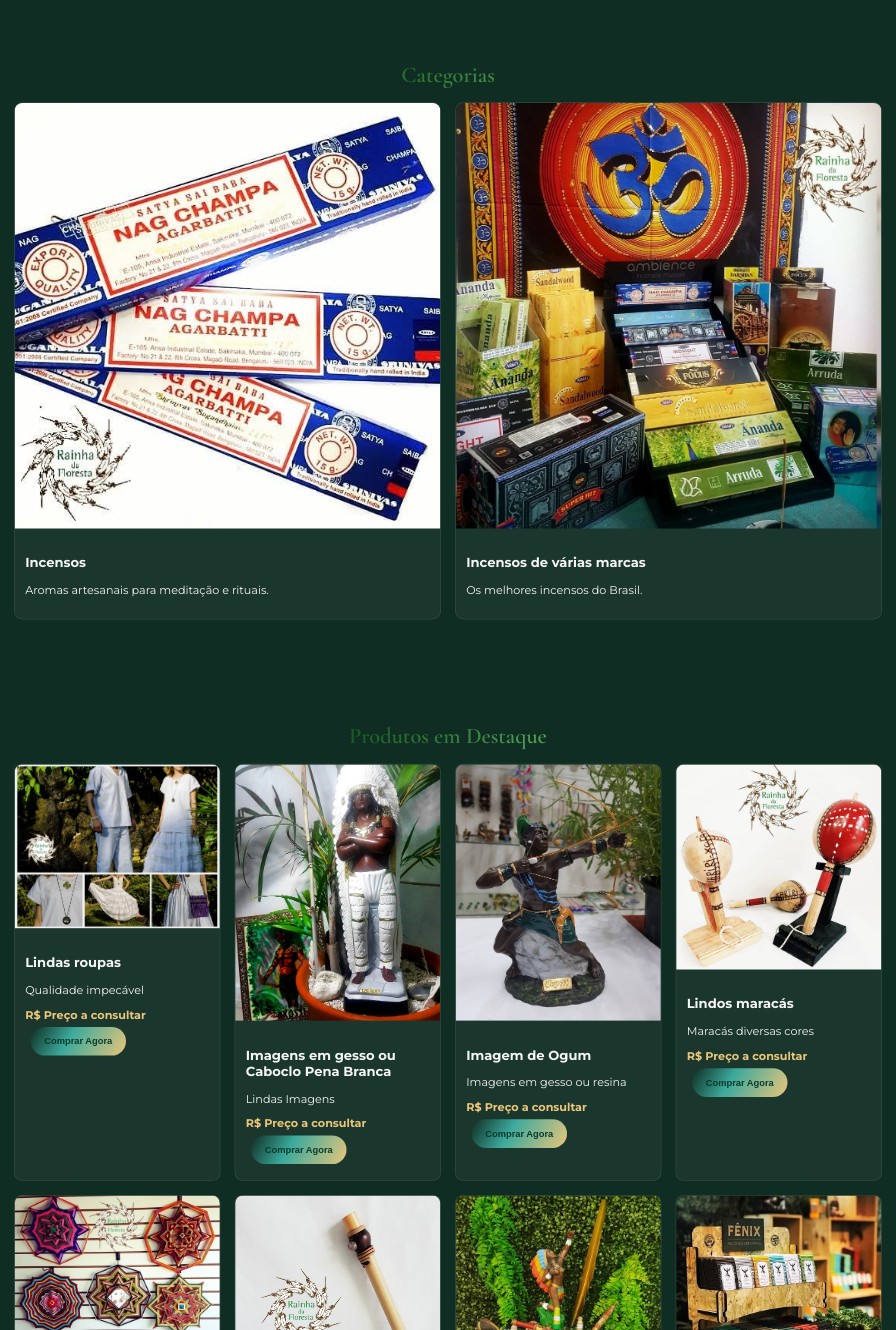
Repository: Sandro1969-tech/rainha-floresta-aho
Page: index.html
These files come from the project's save history. The page is drawn as it stood at one moment and after the next save; the edit follows.
The browser window is 1280 px wide. The pictures show the part of the page from y = 1080 to 2980 px (the page is 5252 px tall before and 5171 px after), at 70% of full size.

Above is the page before, as saved 2025-11-30 22:11:43.

### index.html
<!doctype html>
<html lang="pt-BR">
<head>
  <meta charset="utf-8" />
  <meta name="viewport" content="width=device-width, initial-scale=1" />
  <title>Rainha da Floresta — Loja mística e esotérica</title>
  <link rel="icon" href="assets/image/icon.png" />

  <!-- Tipografia -->
  <link href="https://fonts.googleapis.com/css2?family=Cormorant+Garamond:wght@600&family=Montserrat:wght@400;600;700&display=swap" rel="stylesheet">

  <style>
    img.topo-logo {
      display: block;
      width: 100%;
      max-width: 420px;   /* nunca ultrapassa a largura da tela */
      height: auto;      /* mantém proporção da imagem */
      margin: 12px auto 0;    /* centraliza */
    }



    :root {
      --verde-profundo: #0f2d22;
      --verde-floresta: #1B5E20;
      --verde-aurora: #66BB6A;
      --dourado-suave: #EAC67A;
      --azul-folha: #3BA99C;
      --branco-neblina: #F5F5F5;

      --grad-floresta: linear-gradient(135deg, #0f2d22 0%, #1B5E20 40%, #66BB6A 70%, #EAC67A 100%);
      --grad-dourado-verde: linear-gradient(120deg, #0f2d22 0%, #3BA99C 40%, #EAC67A 100%);
    }

    /* Base */
    * { box-sizing: border-box; }
    body {
      margin: 0;
      font-family: 'Montserrat', sans-serif;
      background: var(--verde-profundo);
      color: var(--branco-neblina);
    }
    a { color: inherit; text-decoration: none; }

    /* Header */
    header {
      position: fixed; top: 0; left: 0; right: 0; z-index: 50;
      background: rgba(15, 45, 34, .9);
      padding: .8rem 1rem;
      display: flex; justify-content: space-between; align-items: center;
      backdrop-filter: blur(4px);
    }
    .brand {
      font-family: 'Cormorant Garamond', serif;
      font-size: 1.5rem;
      background: var(--grad-floresta);
      -webkit-background-clip: text;
      color: transparent;
    }
    nav a {
      margin: 0 .6rem;
      font-weight: 600;
      color: var(--branco-neblina);
      transition: .3s;
    }
    nav a:hover { color: var(--dourado-suave); }

    /* Hero com imagem de fundo */
    .hero {
      min-height: 90vh;
      display: flex; flex-direction: column; justify-content: center; align-items: center;
      text-align: center;
      padding-top: 80px; /* compensar header fixo */
      background-image: url("assets/image/floresta-bg.jpg");
      background-size: cover;
      background-position: center;
    }
    .hero h1 {
      font-family: 'Cormorant Garamond', serif;
      font-size: 3rem;
      background: var(--grad-floresta);
      -webkit-background-clip: text;
      color: transparent;
      margin: 0;
    }
    .hero p {
      max-width: 600px; margin: 1rem auto; color: rgba(245, 245, 245, .85);
    }
    .btn {
      padding: .8rem 1.2rem;
      border-radius: 999px;
      font-weight: 700;
      background: var(--grad-dourado-verde);
      border: none;
      cursor: pointer;
      transition: .3s;
      margin: .5rem;
      color: #083b2d;
    }
    .btn:hover { transform: scale(1.05); }

    /* Seções e títulos */
    section { padding: 60px 20px; }
    h2 {
      font-family: 'Cormorant Garamond', serif;
      font-size: 2rem;
      background: var(--grad-floresta);
      -webkit-background-clip: text;
      color: transparent;
      text-align: center;
      margin-bottom: 20px;
    }

    /* Grid e cards */
    .grid {
      display: grid;
      grid-template-columns: repeat(auto-fit, minmax(250px, 1fr));
      gap: 20px;
    }
    .card {
      background: rgba(255, 255, 255, .05);
      border: 1px solid rgba(255, 255, 255, .1);
      border-radius: 12px;
      overflow: hidden;
      transition: .3s;
      cursor: pointer;
    }
    .card:hover { transform: translateY(-5px); box-shadow: 0 10px 25px rgba(46, 139, 87, .3); }
    .card img { width: 100%; height: auto; object-fit: contain; transition: .4s; }
    .card-body { padding: 15px; }
    .price { color: var(--dourado-suave); font-weight: 700; }

    /* Rodapé */
    footer {
      background: var(--verde-floresta);
      color: var(--branco-neblina);
      text-align: center;
      padding: 24px 16px;
    }
    .footer-wrap {
      max-width: 1000px; margin: 0 auto;
      display: grid; gap: 16px;
    }
    .footer-social a {
      color: var(--dourado-suave);
      margin: 0 10px;
      text-decoration: none;
      font-weight: 600;
    }
    .footer-social a:hover { text-decoration: underline; }

    /* Responsividade refinada */
    @media (max-width: 480px) {
      .hero h1 { font-size: 2.2rem; }
      .card img { height: 180px; }
    }
  </style>
</head>
<body>

  <!-- Imagem “Rainha da Floresta” no tamanho natural (sem classe, sem CSS de tamanho) -->
  <!-- Imagem topo -->
<img src="assets/image/rainha.jpg" alt="Rainha da Floresta" class="topo-logo">
<div class="landing">
  <div class="bg-decor"></div>

</div>
  <header>
    <div class="brand">Rainha da Floresta</div>
    <nav>
      <a href="#categorias">Categorias</a>

      <a href="#produtos">Produtos</a>

    </nav>
  </header>

  <section class="hero">
    <h1>Rainha da Floresta</h1>
    <p>Artigos religiosos e esotéricos que unem espiritualidade, natureza e elegância contemporânea.</p>
    <button class="btn">Conheça nossos produtos</button>
  </section>
<div class="video-container"></div>
  <section id="categorias">
    <h2>Categorias</h2>
    <div class="grid">
      <div class="card">
        <img src="assets/image/incenso.jpg" alt="Incensos">
        <div class="card-body">
          <h3>Incensos</h3>
          <p>Aromas artesanais para meditação e rituais.</p>
        </div>
      </div>
      <div class="card">
        <img src="assets/image/incenso2.jpg" alt="Incensos de várias marcas">
        <div class="card-body">
          <h3>Incensos de várias marcas</h3>
          <p>Os melhores incensos do Brasil.</p>
        </div>
      </div>
    </div>
  </section>

  <section id="produtos">
    <h2>Produtos em Destaque</h2>
    <div class="grid">
      <!-- Produtos 1 a 16 -->
      <div class="card"><img src="assets/image/roupas.jpg" alt="roupas"><div class="card-body"><h3>Lindas roupas</h3><p>Qualidade impecável</p><span class="price">R$ Preço a consultar</span><button class="btn">Comprar Agora</button></div></div>
      <div class="card"><img src="assets/image/penabranca.jpg" alt="Imagem"><div class="card-body"><h3>Imagens em gesso ou  Caboclo Pena Branca</h3><p>Lindas Imagens</p><span class="price">R$ Preço a consultar</span><button class="btn">Comprar Agora</button></div></div>
      <div class="card"><img src="assets/image/ogum.jpg" alt="Ogum"><div class="card-body"><h3>Imagem de Ogum</h3><p>Imagens em gesso ou resina</p><span class="price">R$ Preço a consultar</span><button class="btn">Comprar Agora</button></div></div>
      <div class="card"><img src="assets/image/maraca.jpg" alt="Maracá"><div class="card-body"><h3>Lindos maracás</h3><p>Maracás diversas cores</p><span class="price">R$ Preço a consultar</span><button class="btn">Comprar Agora</button></div></div>
      <div class="card"><img src="assets/image/mandala.jpg" alt="Produto 5"><div class="card-body"><h3>Lindas mandalas</h3><p>Mandalas coloridas</p><span class="price">R$ Preço a consultar</span><button class="btn">Comprar Agora</button></div></div>
      <div class="card"><img src="assets/image/kuripe.jpg" alt="kuripe"><div class="card-body"><h3>Lindos kuripes</h3><p>kuripes artesanais</p><span class="price">R$ Preço a consultar</span><button class="btn">Comprar Agora</button></div></div>
      <div class="card"><img src="assets/image/jurema.jpg" alt="Jurema"><div class="card-body"><h3>Cabocla Jurema e rapés</h3><p>Imagens e rapés</p><span class="price">R$ Preço a consultar</span><button class="btn">Comprar Agora</button></div></div>
      <div class="card"><img src="assets/image/incenso3.jpg" alt="Incensos"><div class="card-body"><h3>Incensos</h3><p>Incensos de diversas marcas</p><span class="price">R$ Preço a consultar</span><button class="btn">Comprar Agora</button></div></div>
      <div class="card"><img src="assets/image/incenso2.jpg" alt="Incensos"><div class="card-body"><h3>Variedades de incensos</h3><p>Maravilhosos incensos</p><span class="price">R$ Preço a consultar</span><button class="btn">Comprar Agora</button></div></div>
      <div class="card"><img src="assets/image/chapeu4.jpg" alt="chapéus"><div class="card-body"><h3>Chapéus</h3><p>Lindos chapéus</p><span class="price">R$ Preço a consultar</span><button class="btn">Comprar Agora</button></div></div>
      <div class="card"><img src="assets/image/colar.jpg" alt="colares"><div class="card-body"><h3>Colares</h3><p>Lindos colares e guias</p><span class="price">R$ Preço a consultar</span><button class="btn">Comprar Agora</button></div></div>
      <div class="card"><img src="assets/image/camiseta2.jpg" alt="Camisetas"><div class="card-body"><h3>Lindas camisetas</h3><p>Camisetas com lindas estampas</p><span class="price">R$ Preço a consultar</span><button class="btn">Comprar Agora</button></div></div>
      <div class="card"><img src="assets/image/camiseta1.jpg" alt="Camisetas"><div class="card-body"><h3>Variedades de camisetas e roupas</h3><p>Camisetas, calças e vestidos</p><span class="price">R$ Preço a consultar</span><button class="btn">Comprar Agora</button></div></div>
      <div class="card"><img src="assets/image/chapeu2.jpg" alt="Produto 14"><div class="card-body"><h3>Variedades de chapéus</h3><p>Lindos chapéus a preços irresistíveis</p><span class="price">R$ Preço a consultar</span><button class="btn">Comprar Agora</button></div></div>
      <div class="card"><img src="assets/image/fumo.jpg" alt="Fumo"><div class="card-body"><h3>Fumos de diversas marcas</h3><p>Grande variedade de fumos</p><span class="price">R$ Preço a consultar</span><button class="btn">Comprar Agora</button></div></div>
      <div class="card"><img src="assets/image/cachimbo.jpg" alt="Cachimbo"><div class="card-body"><h3>Cachimbos artesanais</h3><p>Lindos cachimbos, diversas cores e modelos</p><span class="price">R$ Preço a consultar</span><button class="btn">Comprar Agora</button></div></div>
    </div>
  </section>
<section id="depoimentos">
  <h2>Depoimentos</h2>
  <div class="grid">
    <div class="card">
      <div class="card-body">
        <p>"A Rainha da Floresta tem produtos incríveis, sempre compro meus incensos aqui!"</p>
        <strong>- Maria S.</strong>
      </div>
    </div>
    <div class="card">
      <div class="card-body">
        <p>"Adorei as camisetas, qualidade impecável e estampas lindas."</p>
        <strong>- João P.</strong>
      </div>
    </div>
    <div class="card">
      <div class="card-body">
        <p>"O atendimento é excelente e os produtos são de altíssima qualidade"</p>
        <strong>- Ana C.</strong>
      </div>
    </div>
  </div>
</section>
<footer>
  <div class="footer-wrap">
    <div class="footer-info">
      <p>📞 Telefone: (11) 4307-4269</p>
      <p>✉️ Email: rainhadafloresta.aho@gmail.com</p>
      <p>📍 Endereço: Rua são Francisco, 136 - Guarulhos, São Paulo</p>
    </div>

    <div class="footer-social">
      <!-- Facebook -->
      <a href="https://facebook.com//share/1D2KycMmKn/" target="_blank" aria-label="Facebook">
        <svg class="social-icon" xmlns="http://www.w3.org/2000/svg"
             viewBox="0 0 24 24" width="28" height="28">
          <path fill="currentColor" d="M22 12a10 10 0 1 0-11.5 9.9v-7h-2v-3h2v-2.3c0-2 1.2-3.1 3-3.1.9 0 1.8.1 1.8.1v2h-1c-1 0-1.3.6-1.3 1.2V12h2.3l-.4 3h-1.9v7A10 10 0 0 0 22 12z"/>
        </svg>
      </a>

      <!-- Instagram -->
      <a href="https://instagram.com/rainhadafloresta.aho?igsh=MWtwcDTkN3cxa3E0MA==" target="_blank" aria-label="Instagram">
        <svg class="social-icon" xmlns="http://www.w3.org/2000/svg"
             viewBox="0 0 24 24" width="28" height="28">
          <path fill="currentColor" d="M7 2C4.2 2 2 4.2 2 7v10c0 2.8 2.2 5 5 5h10c2.8 0 5-2.2 5-5V7c0-2.8-2.2-5-5-5H7zm10 2c1.7 0 3 1.3 3 3v10c0 1.7-1.3 3-3 3H7c-1.7 0-3-1.3-3-3V7c0-1.7 1.3-3 3-3h10zm-5 3a5 5 0 1 0 0 10 5 5 0 0 0 0-10zm0 2a3 3 0 1 1 0 6 3 3 0 0 1 0-6zm4.5-2a1.5 1.5 0 1 0 0 3 1.5 1.5 0 0 0 0-3z"/>
        </svg>
      </a>

      <!-- WhatsApp -->
      <a href="https://wa.me/5511912543214" target="_blank" aria-label="WhatsApp">
        <svg class="social-icon" xmlns="http://www.w3.org/2000/svg"
             viewBox="0 0 24 24" width="28" height="28">
          <path fill="currentColor" d="M12 2a10 10 0 0 0-8.6 15.1L2 22l5-1.3A10 10 0 1 0 12 2zm0 18c-1.6 0-3.1-.5-4.4-1.4l-.3-.2-3 .8.8-2.9-.2-.3A8 8 0 1 1 12 20zm4.5-5.6c-.2-.1-1.2-.6-1.4-.7-.2-.1-.3-.1-.5.1-.1.2-.6.7-.7.9-.1.2-.3.2-.5.1-.2-.1-.9-.3-1.7-1-.6-.5-1-1.2-1.1-1.4-.1-.2 0-.3.1-.4.1-.1.2-.3.3-.4.1-.1.1-.2.2-.3.1-.1.1-.2.1-.3 0-.1 0-.2-.1-.3-.1-.1-.5-1.2-.7-1.6-.2-.4-.4-.3-.5-.3h-.4c-.1 0-.3.1-.4.2-.1.1-.5.5-.5 1.2 0 .7.5 1.4.6 1.5.1.2 1.1 1.7 2.6 2.4 1.5.7 1.5.5 1.8.5.3 0 .9-.4 1-0.8.1-.4.1-.7.1-.8-.1-.1-.2-.1-.4-.2z"/>
        </svg>
      </a>
    </div>

    <p>© 2025 Rainha da Floresta — Todos os direitos reservados</p>
  </div>
</footer>

</body>
</html>

After the next save:
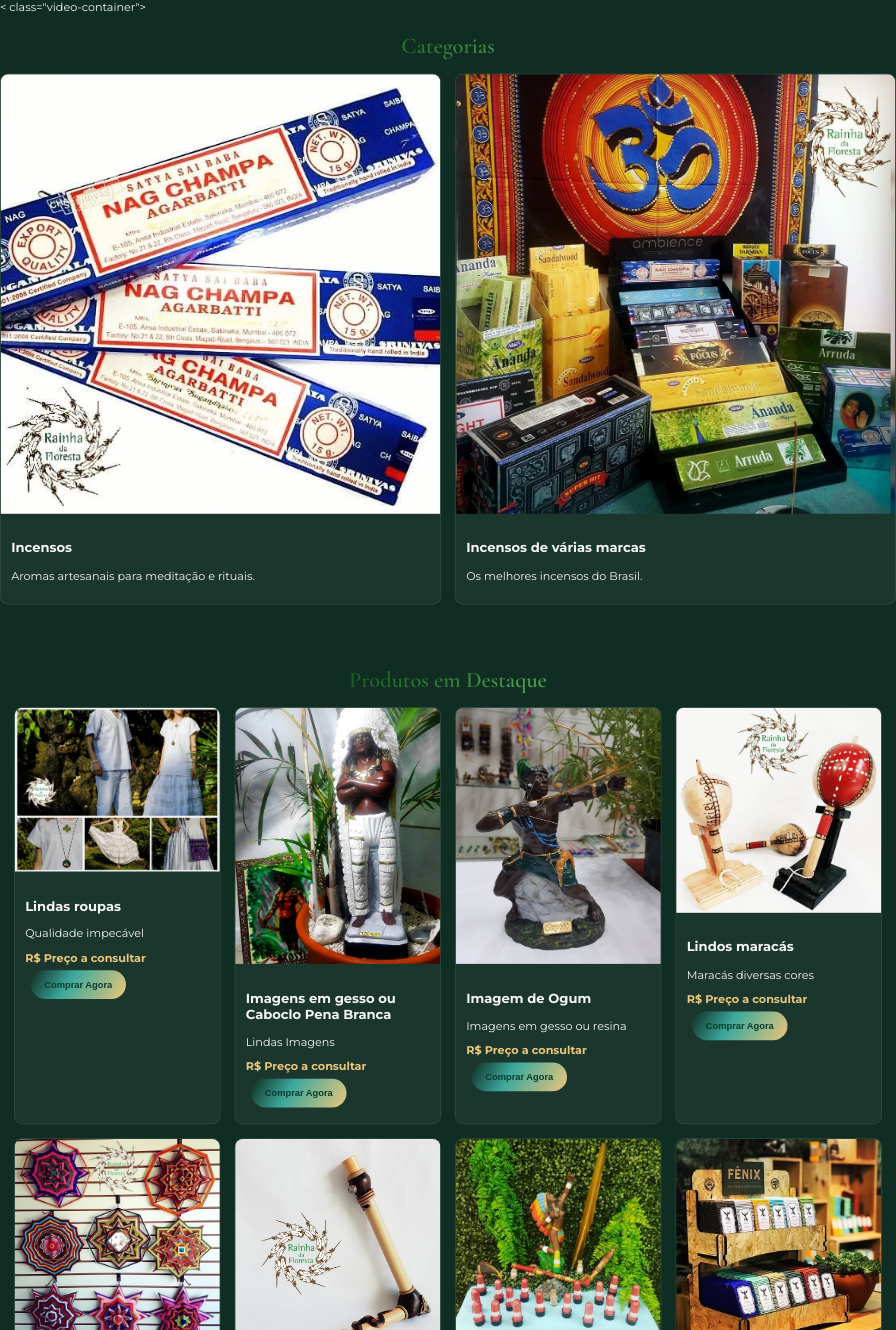
Saved 11 s later.
--- a/index.html
+++ b/index.html
@@ -180,7 +180,7 @@
     <p>Artigos religiosos e esotéricos que unem espiritualidade, natureza e elegância contemporânea.</p>
     <button class="btn">Conheça nossos produtos</button>
   </section>
-<div class="video-container"></div>
+< class="video-container"></
   <section id="categorias">
     <h2>Categorias</h2>
     <div class="grid">

After the save that followed:
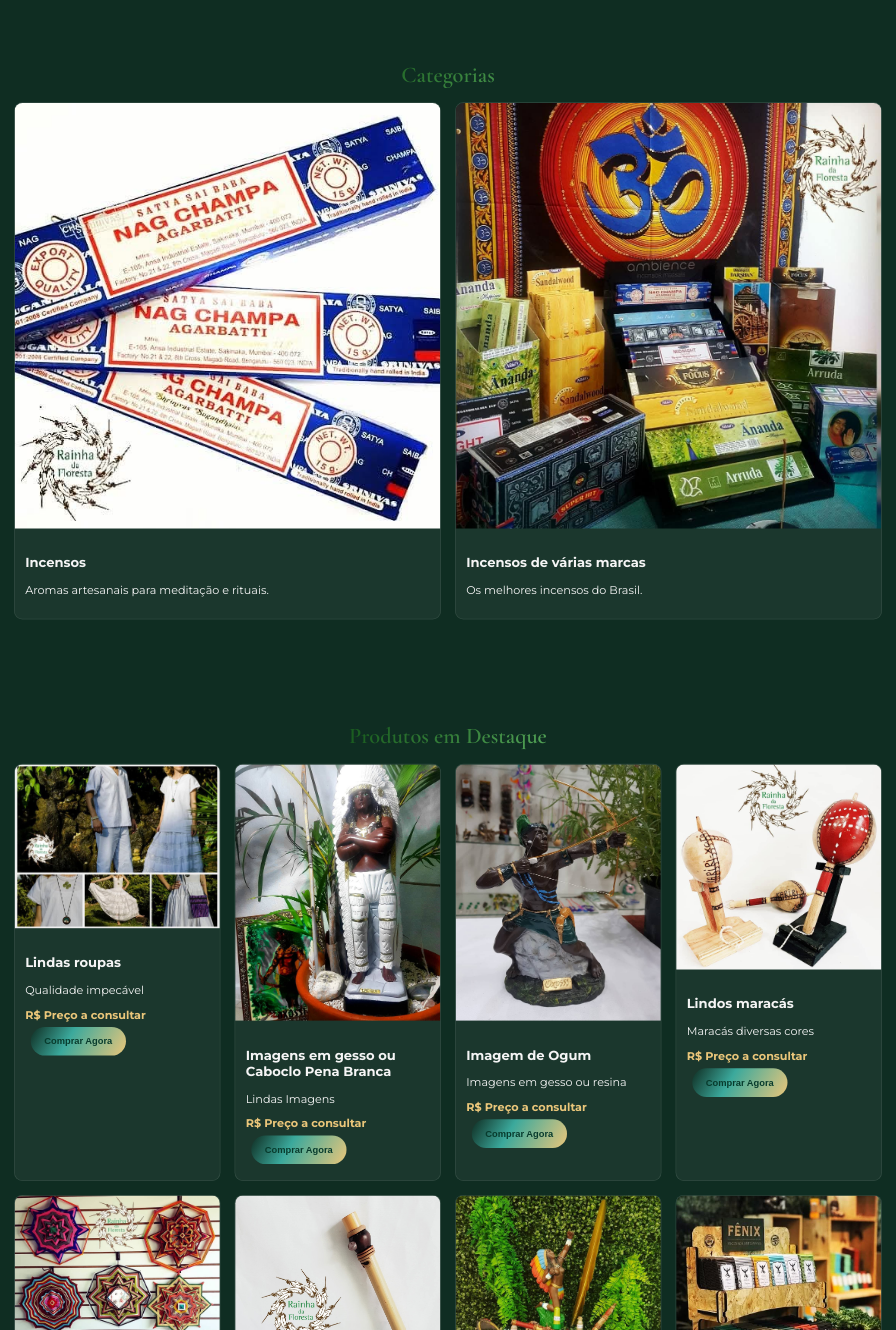
Saved 10 s later.
--- a/index.html
+++ b/index.html
@@ -180,7 +180,7 @@
     <p>Artigos religiosos e esotéricos que unem espiritualidade, natureza e elegância contemporânea.</p>
     <button class="btn">Conheça nossos produtos</button>
   </section>
-< class="video-container"></
+
   <section id="categorias">
     <h2>Categorias</h2>
     <div class="grid">
